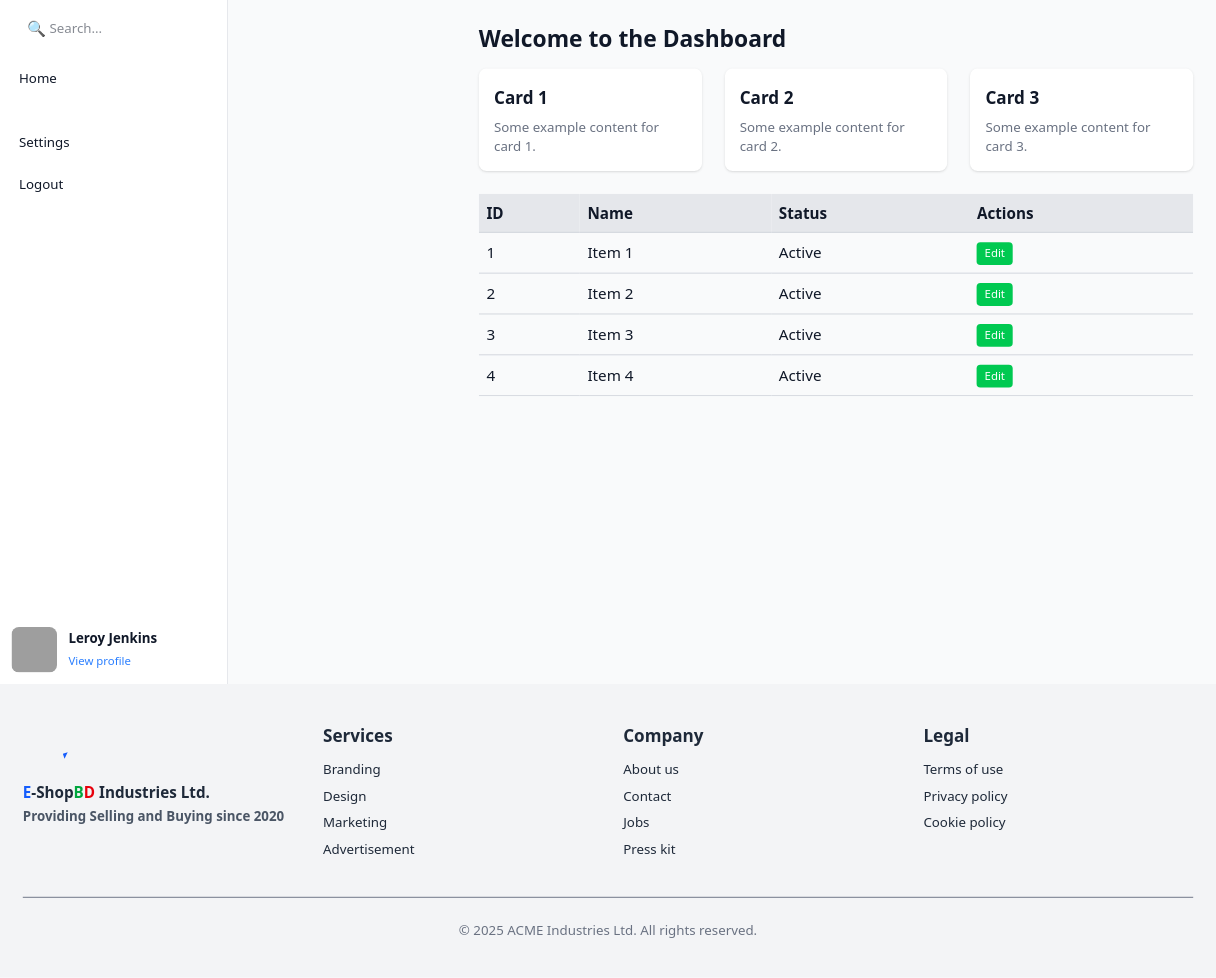
Repository: syedbayzid82849/E-shopBD
Page: /dashboard
These files come from the project's save history. The page is drawn as it stood at one moment and after a run of saves; the edit follows.
The browser window is 1280 px wide. The pictures show the whole page, at 95% of full size.
Pictures or frames that could not be fetched are drawn as grey boxes. The project was rebuilt for these pictures with package versions that can differ from the ones it lists, and the page was loaded fresh each time. The framework's server and built-in components were replaced by stand-ins that run in the browser. Also part of the build but not shown: next.config.mjs, src/app/components/Navbar.jsx, src/app/components/NavbarWrapper.jsx.

Above is the page before, as saved 2025-08-26 16:04:20.

After the next 5 saves:
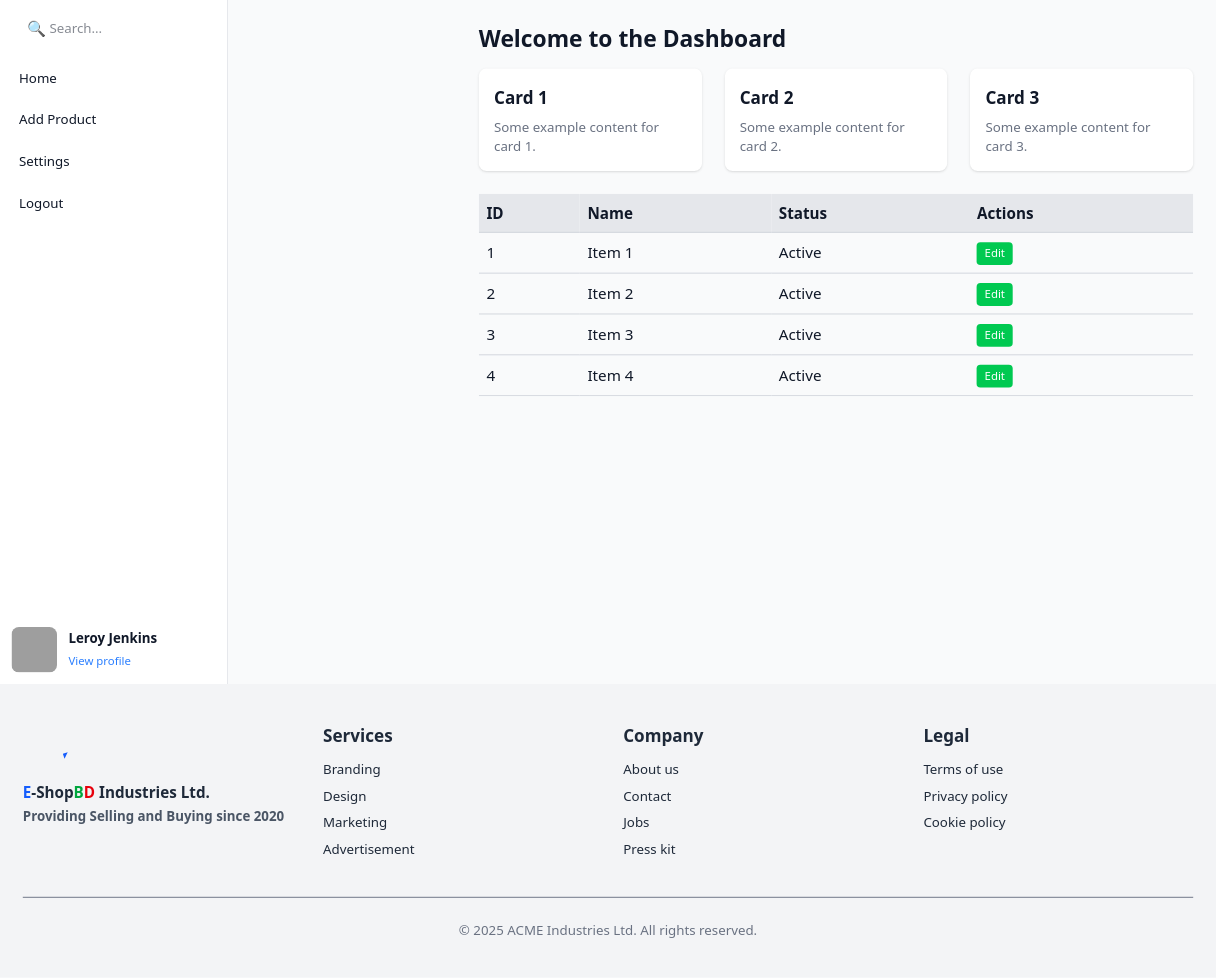
The 5 saves are shown as one change because they came seconds apart.
The last was saved 12 s later.
--- a/src/app/dashboard/page.jsx
+++ b/src/app/dashboard/page.jsx
@@ -38,7 +38,7 @@ export default function Dashboard() {
           {/* Menu */}
           <div className="flex-1 overflow-y-auto">
             <ul className="space-y-2 text-sm">
-              {["Home", "", "Settings", "Logout"].map((item, idx) => (
+              {["Home", "Add Product", "Settings", "Logout"].map((item, idx) => (
                 <li key={idx}>
                   <a
                     href="#"
